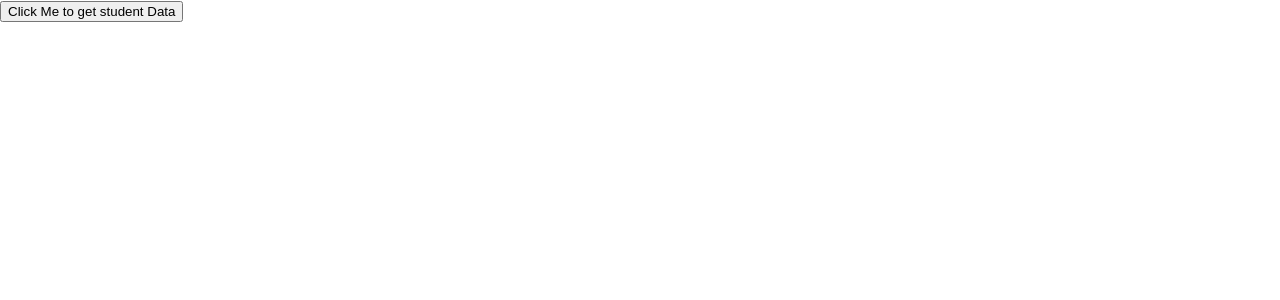
Repository: wenxi0504/axios
Page: / (app in axios/)
These files come from the project's save history. The page is drawn as it stood at one moment and after the next save; the edit follows.
The browser window is 1280 px wide. The pictures show the whole page.
The project was rebuilt for these pictures with package versions that can differ from the ones it lists, and the page was loaded fresh each time. Also part of the build but not shown: axios/src/App.css.

Above is the page before, as saved 2022-01-12 00:18:52.

After the next save:
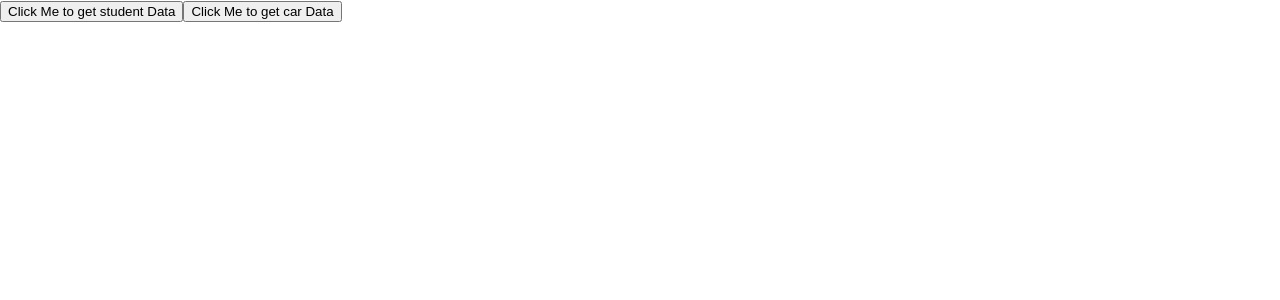
Saved 14 min 0 s later.
--- a/axios/src/App.js
+++ b/axios/src/App.js
@@ -19,6 +19,7 @@ export default class App extends Component {
     return (
       <div>
         <button onClick={this.getStudentData}>Click Me to get student Data</button>
+        <button onClick={this.getCarData}>Click Me to get car Data</button>
       </div>
     )
   }
